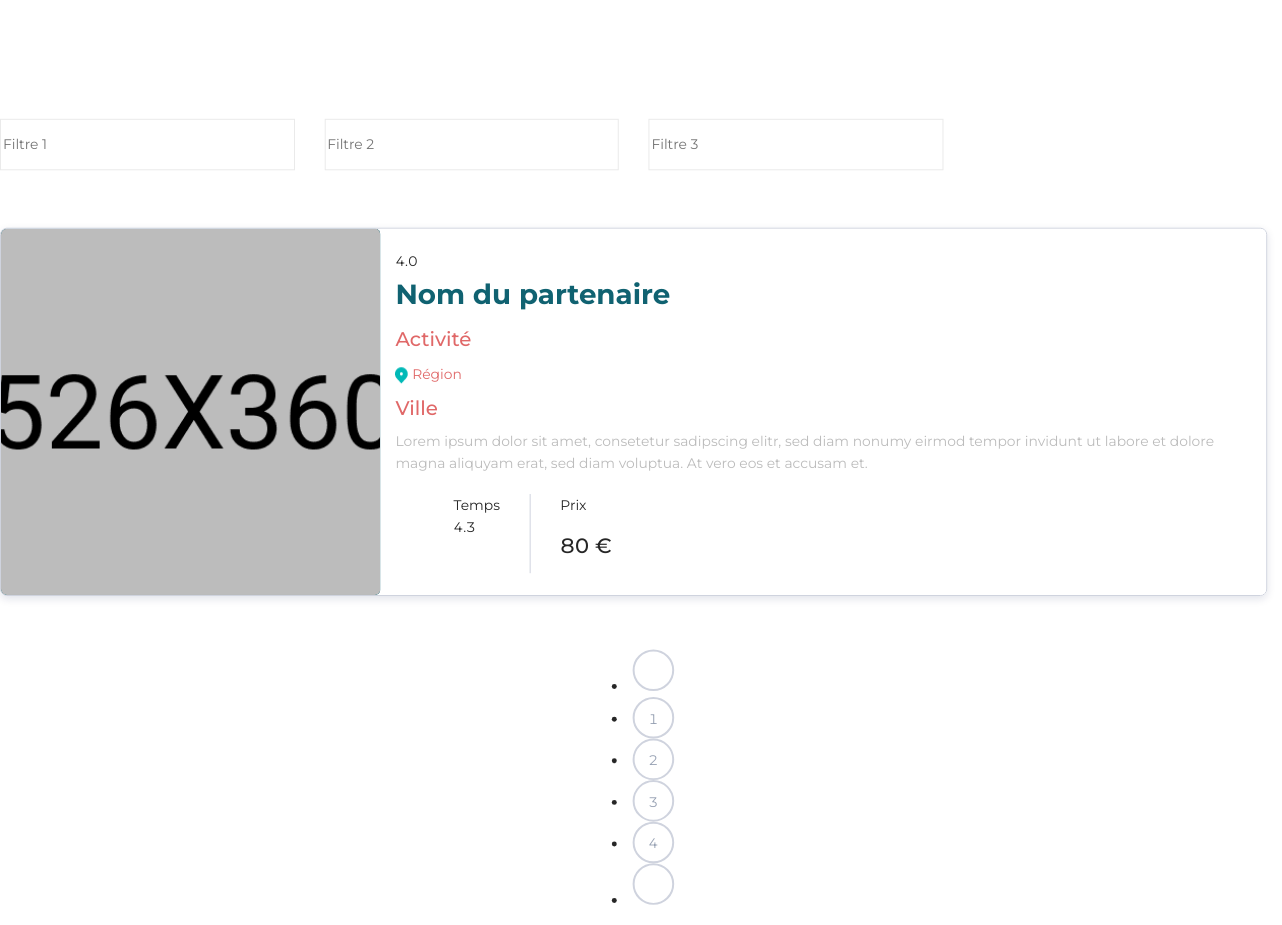
Repository: Emerson1220/projet-neofeel-lacapsule
Page: /roadPlanner (app in reactapp/)
These files come from the project's save history. The page is drawn as it stood at one moment and after the next save; the edit follows.
The browser window is 1280 px wide. The page is 1295 px wide, so the pictures cover 1295 px, including what lies to the right of the window. The pictures show the whole page, at 99% of full size.
The project was rebuilt for these pictures with package versions that can differ from the ones it lists, and the page was loaded fresh each time. Also part of the build but not shown: reactapp/src/components/Nav.js, reactapp/src/components/RedButton.js, reactapp/src/styles/map.css, reactapp/src/components/SearchModal.js, reactapp/src/screens/ScreenHome.js.

Above is the page before, as saved 2021-05-18 15:23:26.

### reactapp/src/App.js
import './App.css';

import ScreenRoadPlanner from './screens/ScreenRoadPlanner';

import { BrowserRouter as Router, Switch, Route } from 'react-router-dom';
import ScreenHome from './screens/ScreenHome';
import SearchModal from './components/SearchModal';
function App() {
  return (



    // <SearchPage></SearchPage>
      <Router>
        <Switch>
          <Route component={ScreenHome} path="/" exact />
          <Route component={ScreenRoadPlanner} path="/roadPlanner"  />
          {/* <Route component={ScreenConnexion} path="/connexion"  />
          <Route component={ScreenSearch} path="/recherche"  />
          <Route component={ScreenInfo} path="/info"  />
          <Route component={ScreenPartner} path="/partenaire"  />
          <Route component={ScreenRoadPlanner} path="/roadPlanner"  />
          <Route component={ScreenTrips} path="/voyages"  />
          <Route component={ScreenProfil} path="/profil"  />
          <Route component={ScreenBasket} path="/panier"  />
          <Route component={ScreenSuggestion} path="/suggestion"  /> */}
          <Route component={SearchModal} path="/searchpage"  />
        </Switch>
      </Router>

  );
}

export default App;

### reactapp/src/App.css
@import '~antd/dist/antd.css';
@import url('https://fonts.googleapis.com/css2?family=Montserrat:ital,wght@0,200;0,300;0,400;0,500;0,600;0,700;1,400;1,600&display=swap');

* {
  font-family: 'Montserrat', sans-serif;
}

.App {
  text-align: center;
}

.App-logo {
  height: 40vmin;
  pointer-events: none;
}

@media (prefers-reduced-motion: no-preference) {
  .App-logo {
    animation: App-logo-spin infinite 20s linear;
  }
}

.App-header {
  background-color: #282c34;
  min-height: 100vh;
  display: flex;
  flex-direction: column;
  align-items: center;
  justify-content: center;
  font-size: calc(10px + 2vmin);
  color: white;
}

.App-link {
  color: #61dafb;
}

@keyframes App-logo-spin {
  from {
    transform: rotate(0deg);
  }
  to {
    transform: rotate(360deg);
  }
}
/* CSS NAVBAR _______________________*/



.h1-montserrat {
  width: auto; /* 366px */
  height: auto; /* 58px */
  overflow: visible;
  white-space: pre;
  letter-spacing: 0px;
  line-height: 1.2;
  color: #106271;
  font-weight: 700;
  font-family: "Inter-Bold", "Inter", sans-serif;
  font-size: 48px;
}

.devenezPartenaireButton{

background-color: #e06868;
overflow: visible;
  white-space: pre;
  letter-spacing: 0px;
line-height: 1.2;
  color: #ffffff;
  font-weight: 700;
  font-family: "Inter-Bold", "Inter", sans-serif;
width: 150px;
height: 50px;
left: 971px;
top: 40px;
border-radius: 5px;
}

.listNav{
  color: #106271;
  margin: 0px 0px;
}

### reactapp/src/screens/ScreenRoadPlanner.js
import React from 'react';
import '../App.css';
import { Button } from 'antd';
import { Link } from 'react-router-dom';
import Nav from '../components/Nav'

function ScreenRoadPlanner() {

    return (	<div style={{ paddingTop:'120px' }}>

                <div style={ styles.container }>

                    <div style={ styles.row }>

                        <div style={ styles.col_xl_9 }>
                            <div style={{ marginBottom:'40px' }}> {/* Filters */}

                                <div style={ styles.row }>
                                    <div style={ styles.col_xl_3 }>
                                        <label style={ styles.single_input_wrap }>
                                            <i style={ styles.icons_la }/>
                                            <input style={ styles.single_input_wrap_input } type="text" placeholder="Filtre 1" />
                                        </label>
                                    </div>

                                    <div style={ styles.col_xl_3 }>
                                        <label style={ styles.single_input_wrap }>
                                            <i style={ styles.icons_la }/>
                                            <input style={ styles.single_input_wrap_input } type="text" placeholder="Filtre 2" />
                                        </label>
                                    </div>

                                    <div style={ styles.col_xl_3 }>
                                        <label style={ styles.single_input_wrap }>
                                            <i style={ styles.icons_la }/>
                                            <input style={ styles.single_input_wrap_input } type="text" placeholder="Filtre 3" />
                                        </label>
                                    </div>
                                </div>
                            </div> {/* End -> ButtonFilters */}

                            <div style={ styles.experiences_list_area }> {/* Container -> Card expérience */}
                                <div style={ styles.single_destinations}> {/* Card expérience */}
                                    <div style={ styles.image_card }>
                                        <img style={ styles.image }src="images/photo-526x360.png" alt="list" />
                                    </div>
                                    <div style={ styles.detail_card }>
                                        <div>
                                            <i style={ styles.icons_fa_1  }/>
                                            <i style={ styles.icons_fa_1 } />
                                            <i style={ styles.icons_fa_1  } />
                                            <i style={ styles.icons_fa_1  } />
                                            <i style={ styles.icons_fa_2  } />
                                            <span>4.0</span>
                                        </div>

                                        <div>
                                            <h3><Link style={ styles.h3 } to="/">Nom du partenaire</Link></h3>
                                            <h3><Link style={ styles.h4 } to="/">Activité</Link></h3>
                                        </div>

                                        <p style={{ color: '#e06868', marginBottom: '8px'}}><img style={{ marginRight: '4px'}} src="images/icone-geo.png" alt="map" />Région</p>
                                        <h4 ><Link style={ styles.h4 }  to="/">Ville</Link></h4>
                                        <p style={ styles.card_content } >Lorem ipsum dolor sit amet, consetetur sadipscing elitr, sed diam nonumy eirmod tempor invidunt ut labore et dolore magna aliquyam erat, sed diam voluptua. At vero eos et accusam et.</p>

                                        <div style={ styles.liste_price }>
                                            <ul style={ styles.liste_price_content, styles.liste_price_li }>
                                                <li><i style={ styles.icons_fa }/> Temps</li>
                                                <li><i style={ styles.icons_fa }/> 4.3</li>
                                            </ul>
                                            <div style={ styles.liste_price_item }>
                                                <p>Prix</p>
                                                <h2>80 <span>€</span></h2>
                                            </div>
                                        </div>
                                    </div>
                                </div> {/* End -> Card expérience */}
                            </div> {/* End -> Container -> Card expérience */}


                            <div style={ styles.text_align_center}> {/* Pagination */}
                                <div style={ Object.assign(styles.display_inline, styles.pagination) }>
                                    <ul>
                                        <li><a style={ styles.pagination_li } href="#"><i    /></a></li>
                                        <li><a style={ styles.pagination_li } href="#">1</a></li>
                                        <li><a style={ styles.pagination_li } href="#">2</a></li>
                                        <li><a style={ styles.pagination_li } href="#">3</a></li>
                                        <li><a style={ styles.pagination_li } href="#">4</a></li>
                                        <li><a style={ styles.pagination_li } href="#"><i /></a></li>
                                    </ul>
                                </div>
                            </div>{/* End -> Pagination */}
                        </div>
                    </div>
                </div>
            </div>
    )
};

let styles = {

    // CSS - ARCHITECTURE//

    container: {
        width: '100%',
        paddingright: '15px',
        paddingleft: '15px',
        marginright: 'auto',
        marginleft: 'auto',
    },

    row:{
        display: 'flex',
        flexWrap: 'wrap',
        marginRight: '-15px',
        marginLeft: '-15px',
    },

    col_xl_9:{
        position: 'relative',
        // flex: '0 0 75%',
        // maxWidth: '75%',
        width: '100%',
        minHeight: '1px',
        paddingRight: '15px',
        paddingLeft: '15px',
        },

    col_xl_3:{
        position: 'relative',
        flex: '0 0 25%',
        maxWidth: '25%',
        width: '100%',
        minHeight: '1px',
        paddingRight: '15px',
        paddingLeft: '15px',
        },

    single_input_wrap:{
        position: 'relative',
        width: '100%',
        marginBottom: '18px',
        display: 'inline-block',
    },

    single_input_wrap_input:{
        background: '#ffffff',
        border: '1px solid #EAEAEA',
        height: '52px',
        width: '100%',
    },

    display_inline:{
        display: 'inline-flex',
    },

    text_align_center:{
        textAlign:'center',
    },

    // CSS - ICONS //

    icons_la:{
        display: 'inline-block',
        position: 'absolute',
        top: '17px',
        left: '20px',
        color: '#CFD3DE',
        font: 'normal normal normal 16px/1 LineAwesome',
        fontSize: 'inherit',
        textDecoration: 'inherit',
        textRendering: 'optimizeLegibility',
        textTransform: 'none',
    },

    icons_fa_1:{
        display: 'inline-block',
        font: 'normal normal normal 14px/1 FontAwesome',
        fontSize: 'inherit',
        textRendering: 'auto',
        color: '#f3941e',
    },

    icons_fa_2:{
        display: 'inline-block',
        font: 'normal normal normal 14px/1 FontAwesome',
        fontSize: 'inherit',
        textRendering: 'auto',
        color: '#d4d4d4',
    },

    // CARD - TITLE//

    h3:{
        fontWeight:'bold',
        fontSize: '28px',
        color: '#106271',
        textDecoration: 'none',
    },

    h4:{
        fontSize: '20px',
        color: '#e06868',
        textDecoration: 'none',
    },

    // CARD - CSS //

    experiences_list_area:{
        boxSizing: 'border-box',
        outline: 'none',
    },

    single_destinations:{
        display: 'flex',
        flexWrap: 'wrap',
        margin: '0 0 30px 0',
        border: '1px solid #CFD3DE',
        boxShadow: '0px 3px 9px #071c551f',
        borderRadius: '7px',
        position: 'relative',
        overflow: 'hidden',
    },

    image_card:{
        position: 'relative',
        background: '#106271',
        overflow: 'hidden',
        flex: '0 0 30%',
        backgroundSize: 'cover',
        backgroundRepeat: 'no-repeat',
        backgroundPosition: 'center center',
        minHeight: '200px',
        borderRadius: '5px',
    },

    image:{
        width: '100%',
        height: '100%',
        objectFit: 'cover',
        objectPosition: 'center center',
        borderRadius: '5px',
    },

    detail_card:{
        flex: '0 0 70%',
        padding: '22px 15px',
        background: '#ffffff',
    },

    card_content:{
        marginBottom: '15px',
        color: '#bcbcbc',
        hyphens: 'auto',
    },

    liste_price:{
        marginTop: '20px',
        display: 'flex',
        boxSizing: 'border-box',
        outline: 'none',
    },

    liste_price_li:{
        margin: '0 10px',
        fontSize: '14px',
        listStyle: 'none',
        display: 'inline-block',
    },


    liste_price_content:{
        float: 'left',
        marginTop: '20px',
        margin: '0',
        padding: '0',
        display: 'inline-block',
    },

    icons_fa:{
        display: 'inline-block',
        font: 'normal normal normal 14px/1 FontAwesome',
        fontSize: 'inherit',
        textRendering: 'auto',
        color: '#01B9B7',
        marginRight: '5px',
    },

    liste_price_item:{
        paddingLeft: '30px',
        marginLeft: '20px',
        borderLeft: '1px solid #CFD3DE',
        paddingTop: '0',
    },

    // PAGINATION - CSS //

    pagination:{
        display: 'inline-block',
        textAlign: 'center',
        marginTop: '1.5rem',
    },

    pagination_li:{
        lineHeight: '43px',
        border: '2px solid #CFD3DE',
        borderRadius: '50%',
        textAlign: 'center',
        display: 'inline-block',
        color: '#97A1B3',
        width: '42px',
        height: '42px',
        lineHeight: '40px',
        margin: '0 5px',
    },






    }


export default ScreenRoadPlanner;

Loaded but not shown: reactapp/public/index.html (common file); reactapp/src/index.js (common file); reactapp/src/index.css (common file); reactapp/src/reportWebVitals.js (common file)

After the next save:
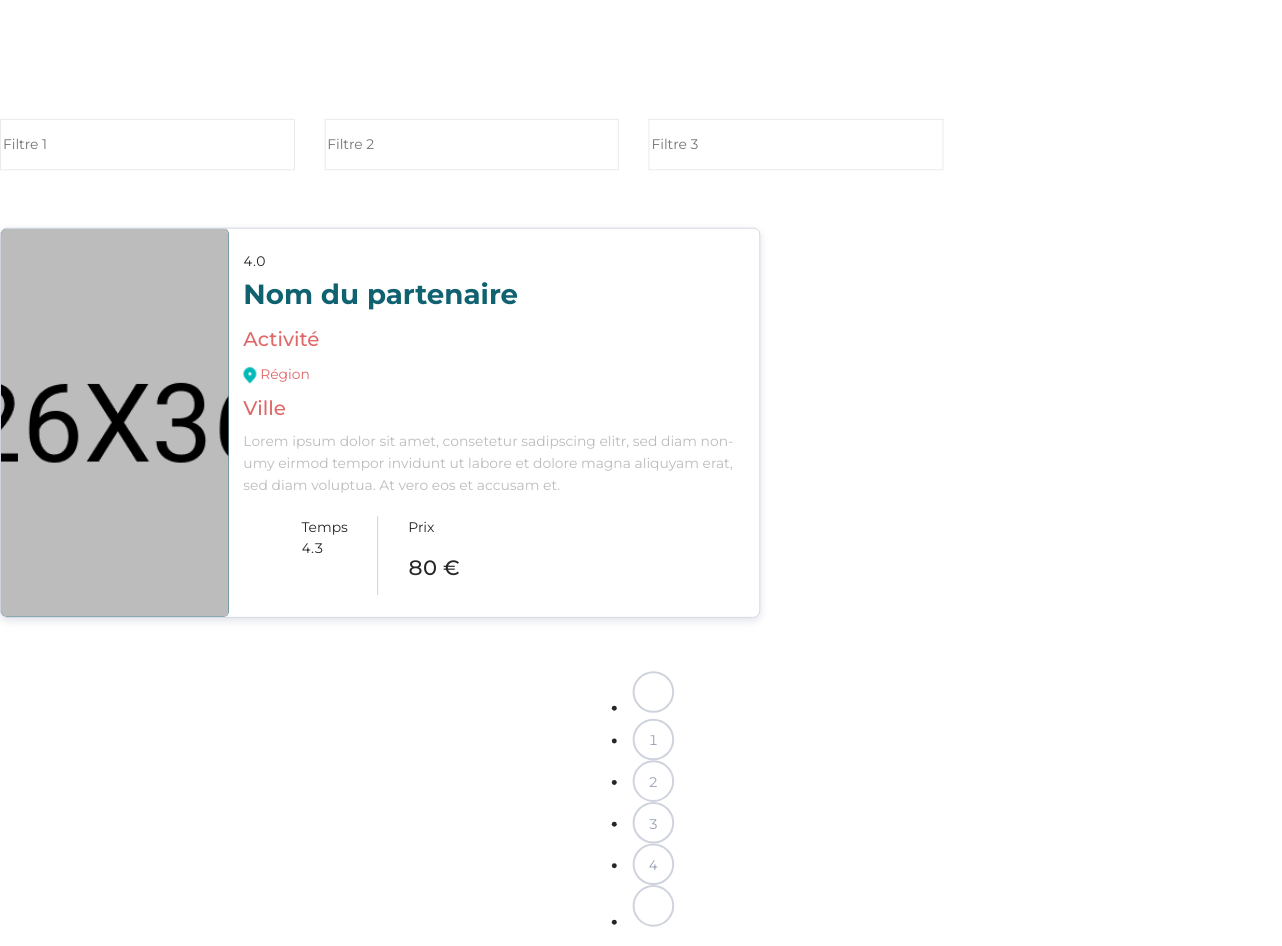
Saved 2 min 29 s later.
--- a/reactapp/src/screens/ScreenRoadPlanner.js
+++ b/reactapp/src/screens/ScreenRoadPlanner.js
@@ -209,6 +209,7 @@ let styles = {
     experiences_list_area:{
         boxSizing: 'border-box',
         outline: 'none',
+        width:'60%',
     },
 
     single_destinations:{
